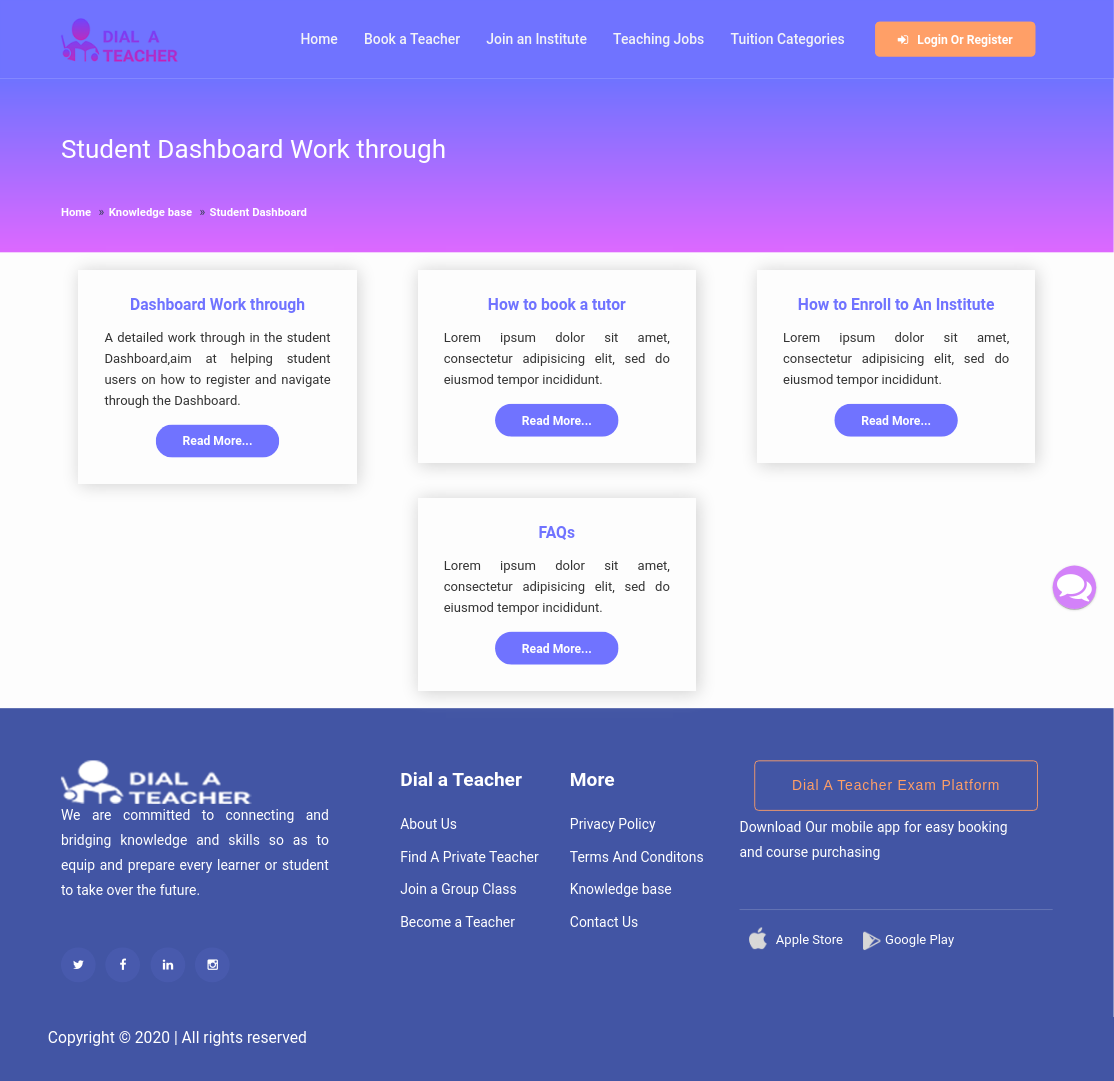
Repository: Samkiroko/DAT_knowledge
Page: stdashboard.html
The author's editor kept a copy of each file at every save. The page is drawn from the files as they stood at one save, then again after the next save.
The browser window is 1280 px wide. The pictures show the whole page, at 87% of full size.

Above is the page before, as saved 2020-12-15 12:50:05.
Console error: TypeError: e.indexOf is not a function

After the next save:
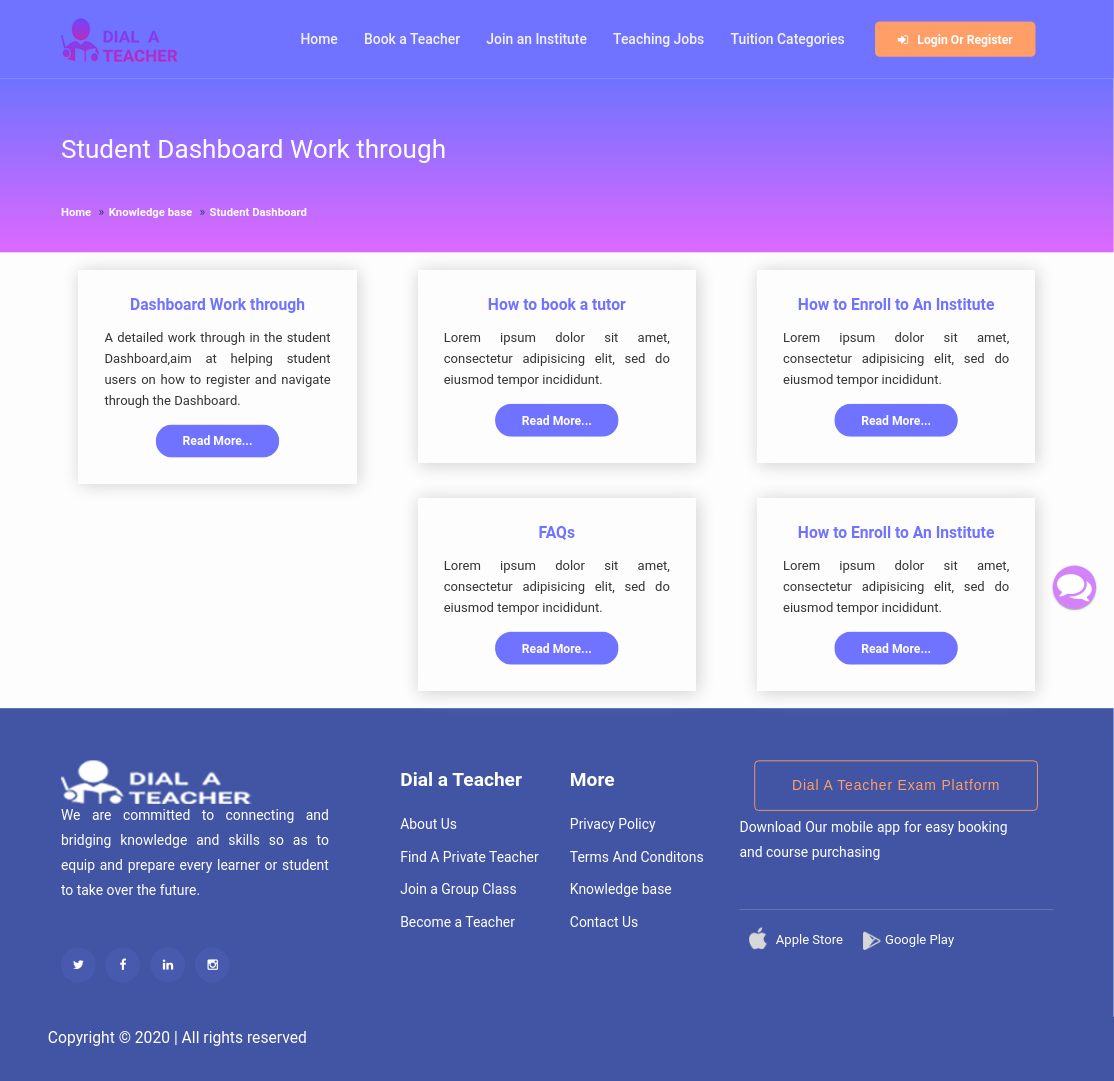
Saved 18 s later.
--- a/stdashboard.html
+++ b/stdashboard.html
@@ -161,6 +161,15 @@
           <div class="col-lg-4 col-md-4 col-sm-6 col-xs-12">
             <a href="category.html" class="mwb-documentation-section__lists overflow" data-aos="flip-up">
               <h3>FAQs</h3>
+              <p>Lorem ipsum dolor sit amet, consectetur adipisicing elit, sed do eiusmod tempor
+                incididunt.</p>
+              <button type="button" class="mwb-primary-btn mwb-documentation-section__btn">Read
+                more...</button>
+            </a>
+          </div>
+          <div class="col-lg-4 col-md-4 col-sm-6 col-xs-12">
+            <a href="category.html" class="mwb-documentation-section__lists overflow" data-aos="flip-up">
+              <h3>How to Enroll to An Institute</h3>
               <p>Lorem ipsum dolor sit amet, consectetur adipisicing elit, sed do eiusmod tempor
                 incididunt.</p>
               <button type="button" class="mwb-primary-btn mwb-documentation-section__btn">Read
